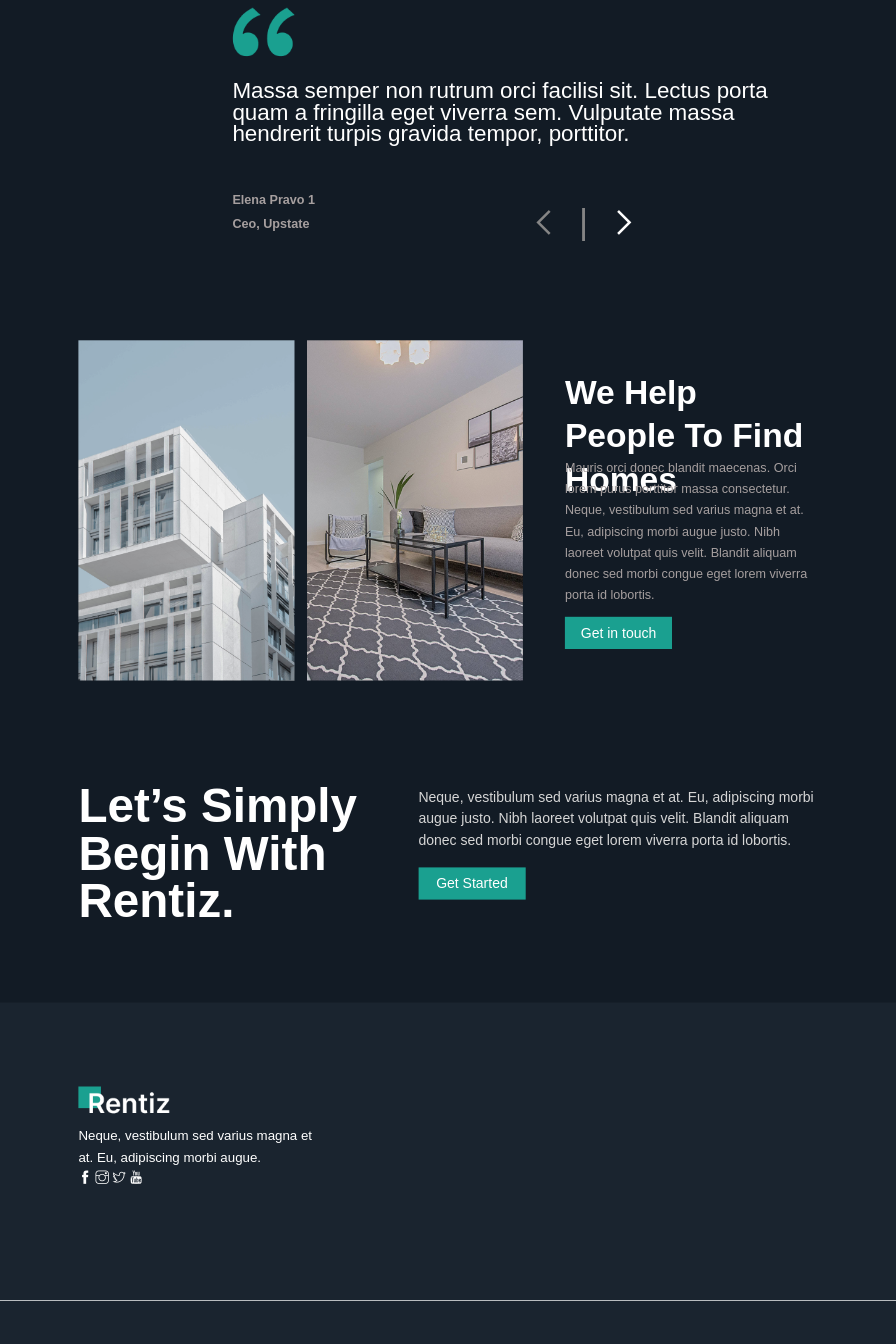
Repository: tung1233hhhhhhhhhhhhh/WebClone-Home
Page: index.html
An editor plug-in stored every save of this project. The page is shown before and after the next save, followed by the edit.
The browser window is 1280 px wide. The pictures show the part of the page from y = 2733 to 4653 px (the page is 4653 px tall), at 70% of full size.

Above is the page before, as saved 2023-05-27 20:48:31.

After the next save:
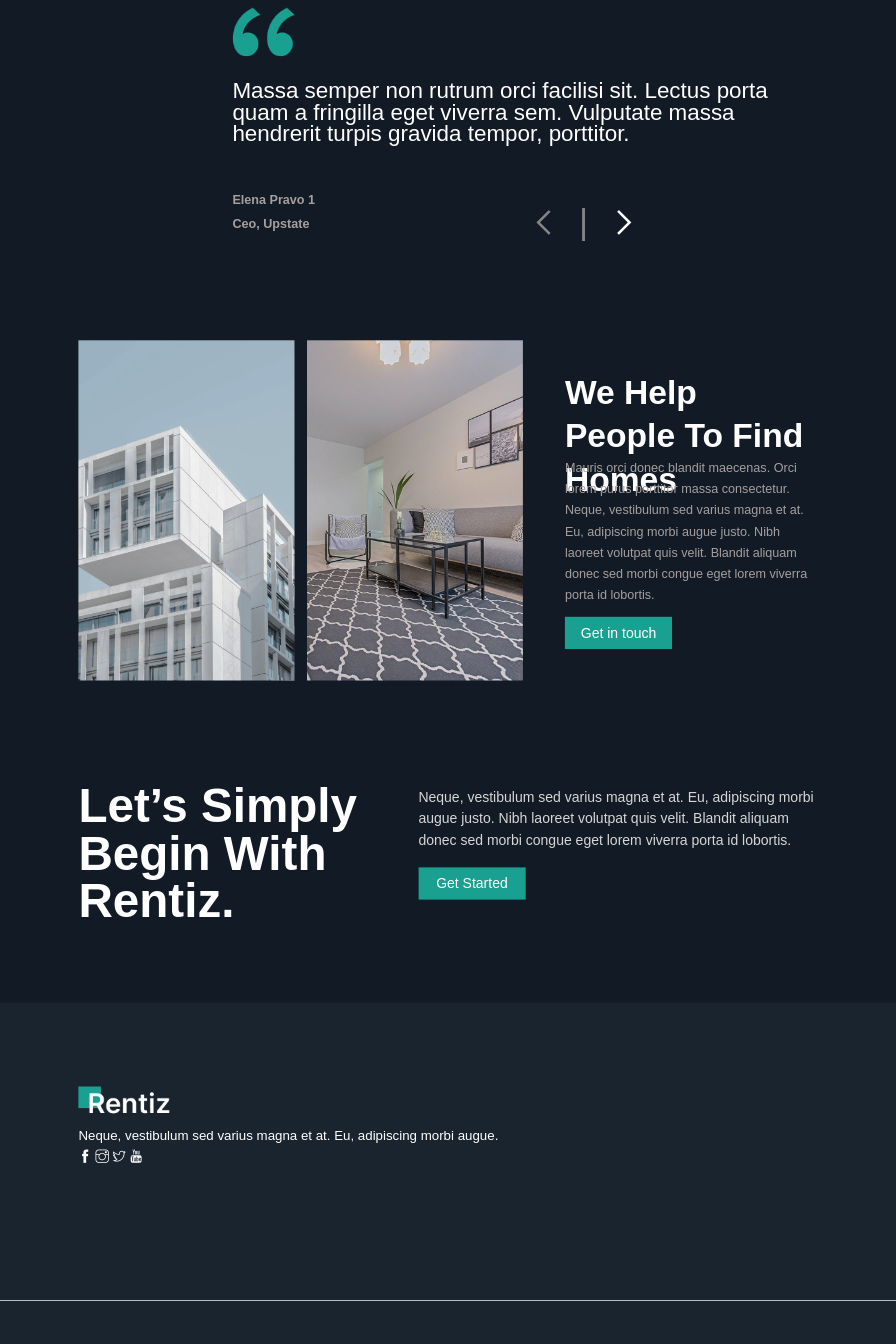
Saved 11 s later.
--- a/index.html
+++ b/index.html
@@ -526,7 +526,7 @@
     <div id="footer">
         <div class="footer-top">
             <div class="footer-top-container">
-                <div class="column column1">
+                <div class="row row1">
                     <img src="./assets/img/logo.png" alt="">
                     <p>Neque, vestibulum sed varius magna et at. Eu, adipiscing morbi augue.</p>
                     <i class="ti-facebook"></i>
@@ -534,10 +534,10 @@
                     <i class="ti-twitter"></i>
                     <i class="ti-youtube"></i>
                 </div>
-                <div class="column column2"></div>
-                <div class="column column3"></div>
-                <div class="column column4"></div>
-                <div class="column column5"></div>
+                <div class="row row2"></div>
+                <div class="row row3"></div>
+                <div class="row row4"></div>
+                <div class="row row5"></div>
             </div>
         </div>
         <footer></footer>
